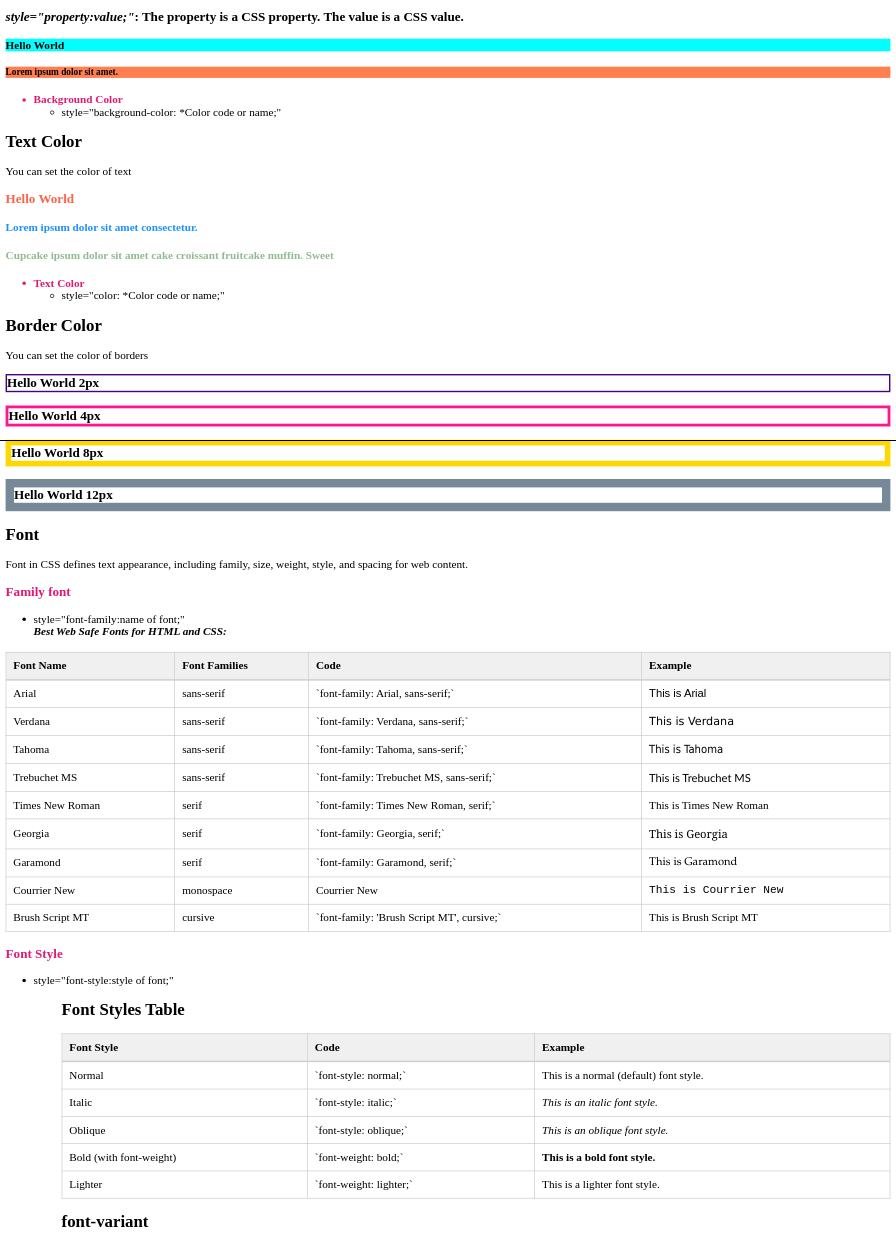
Repository: AnnaSpirit/2025_
Page: Bases/OK/HTML_Text_Formatting.html
These files come from the project's save history. The page is drawn as it stood at one moment and after the next save; the edit follows.
The browser window is 1280 px wide. The pictures show the part of the page from y = 2275 to 4195 px (the page is 4056 px tall before and 4195 px after), at 70% of full size.

Above is the page before, as saved 2025-01-09 16:42:35.

After the next save:
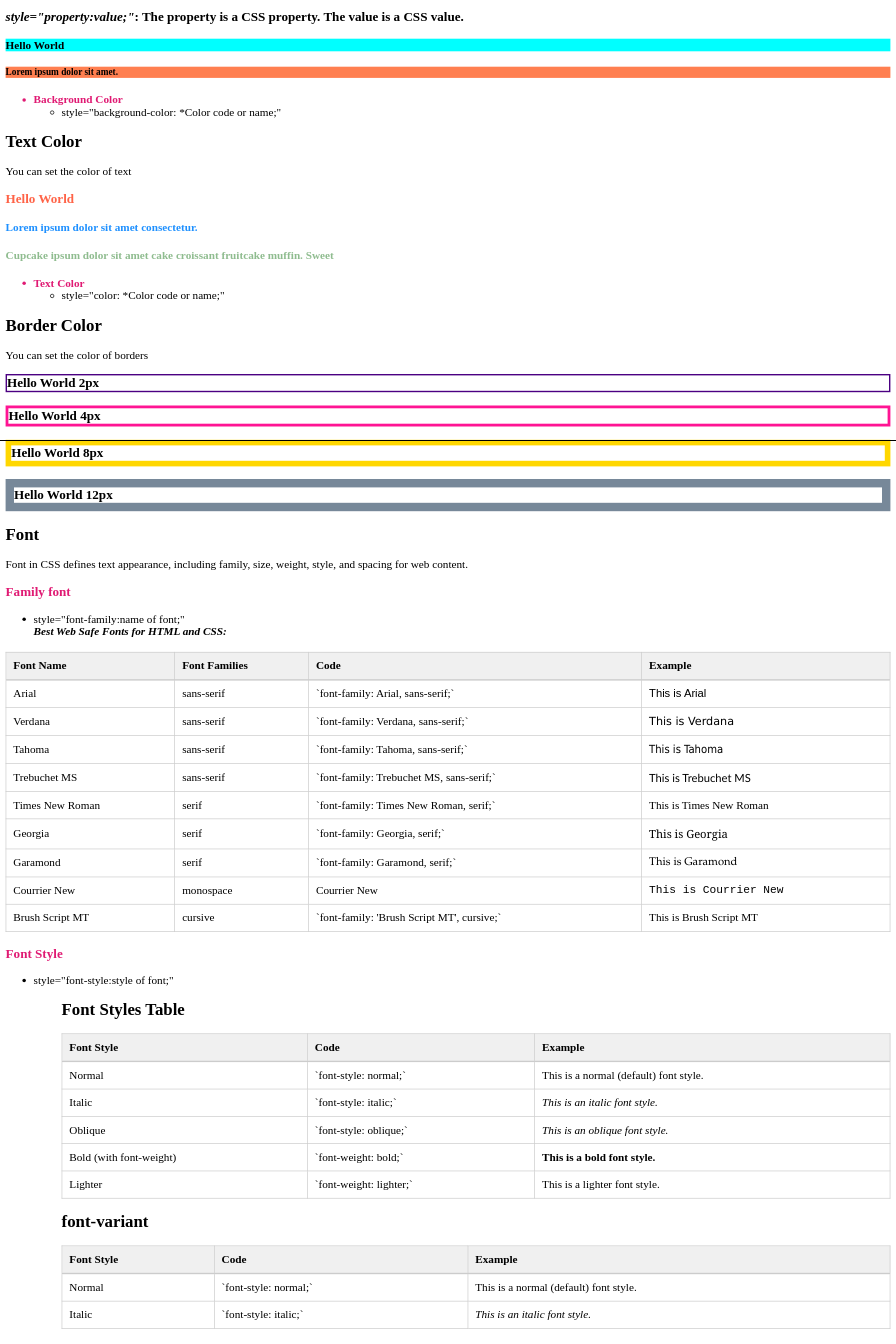
Saved 15 s later.
--- a/Bases/OK/HTML_Text_Formatting.html
+++ b/Bases/OK/HTML_Text_Formatting.html
@@ -335,7 +335,27 @@
     </table>
 
     <h2>font-variant</h2>
-
+    <table style="width: 100%; border-collapse: collapse; text-align: left; margin: 20px 0;">
+        <thead>
+            <tr style="background-color: #f0f0f0; border-bottom: 2px solid #ccc;">
+                <th style="padding: 10px; border: 1px solid #ccc;">Font Style</th>
+                <th style="padding: 10px; border: 1px solid #ccc;">Code</th>
+                <th style="padding: 10px; border: 1px solid #ccc;">Example</th>
+            </tr>
+        </thead>
+        <tbody>
+            <tr>
+                <td style="padding: 10px; border: 1px solid #ccc;">Normal</td>
+                <td style="padding: 10px; border: 1px solid #ccc;">`font-style: normal;`</td>
+                <td style="padding: 10px; border: 1px solid #ccc; font-style: normal;">This is a normal (default) font
+                    style.</td>
+            </tr>
+            <tr>
+                <td style="padding: 10px; border: 1px solid #ccc;">Italic</td>
+                <td style="padding: 10px; border: 1px solid #ccc;">`font-style: italic;`</td>
+                <td style="padding: 10px; border: 1px solid #ccc; font-style: italic;">This is an italic font style.
+                </td>
+            </tr>
 
 </section>
 
